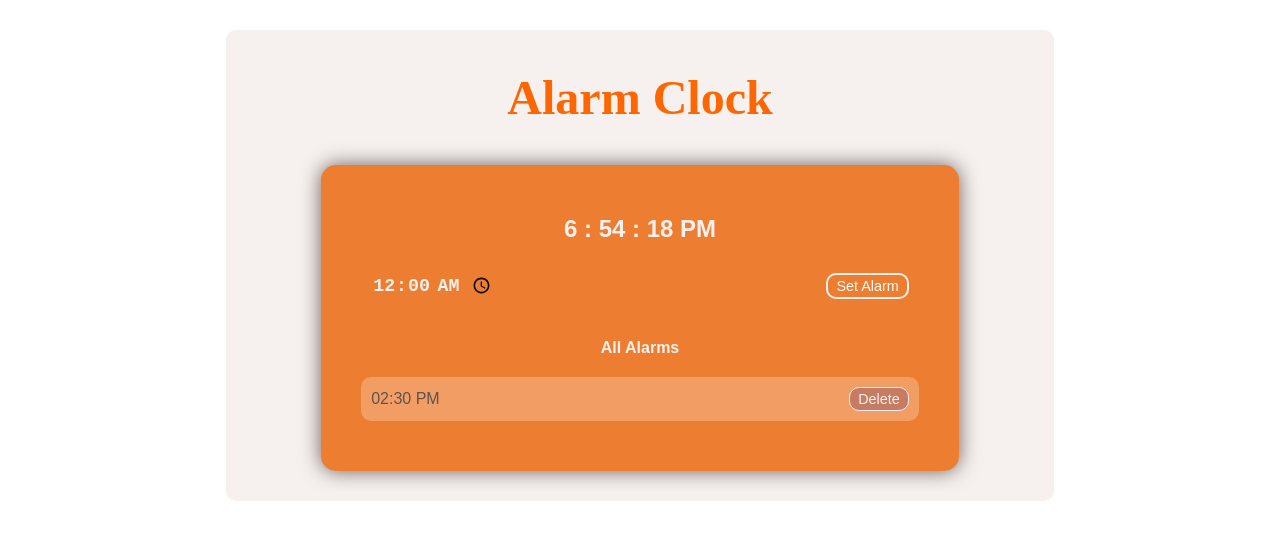
Repository: Pragya016/Alarm-Clock
Page: Index.html
The author's editor kept a copy of each file at every save. The page is drawn from the files as they stood at one save, then again after a run of saves.
The browser window is 1280 px wide. The pictures show the whole page.

Above is the page before, as saved 2024-01-19 19:22:36.

### Index.html
<!DOCTYPE html>
<html lang="en">

<head>
    <meta charset="UTF-8">
    <meta name="viewport" content="width=device-width, initial-scale=1.0">
    <!-- css stylesheet -->
    <link rel="stylesheet" href="styles.css">

    <title>Alarm Clock</title>
</head>

<body>
    <div id="box">
        <h1>Alarm Clock</h1>
        <div class="container">

            <!-- showing the current time -->
            <div id="current-time">
                <h2 class="cur-time"></h2>
            </div>

            <!-- to set the alarm -->
            <div id="set-alarm">
                <h3>
                    <input type="time" class="set-time" value="00:00">
                </h3>
                <button type="button" id="set-alarm-btn">
                    Set Alarm
                </button>
            </div>

            <!-- list of alarms that are already been set -->
            <div id="all-alarms">
                <p class="heading"><b>All Alarms</b>
                </p>
                <li class="alarm">
                    <p class="preSetAlarmTime">
                        02:30 PM
                    </p>
                    <button type="button" class="dlt-alarm-btn">
                        Delete
                    </button>
                </li>
            </div>
        </div>
    </div>
    <!-- script -->
    <script src="clock.js"></script>
</body>

</html>

### styles.css
/* default css styles */
:root {
    --creamColor : #F6F1EE;
    --orangeShadeDark : #ff6600;
    --OrangeColor : #ED7D31;
    --brownColor : #6C5F5B;
    --brownShadeDarker : #5f534f;
    --orangeShadeDarker : #ba4c28;
}

body, html{
    margin: 0;
    padding: 0;
}

*{
    /* box-sizing: border-box; */
    margin: 0;
}

/* main container */
#box{
    height: auto;
    padding: 30px;
    width: 60%;
    margin: 30px auto;
    border-radius: 10px;
    background-color: var(--creamColor);
}

#box h1{
    color: var(--orangeShadeDark);
    text-align: center;
    margin-top: 10px;
    font-size: 3rem;
    overflow: hidden;
}

/* ----------------------------- */

.container {
    color: var(--creamColor);
    height: auto;
    width: 70%;
    overflow: scroll;
    margin: 40px auto 0;
    padding: 50px;
    font-family: Arial, Helvetica, sans-serif;
    display: flex;
    flex-direction: column;
    /* letter-spacing: 3px; */
    align-items: center;
    border-radius: 15px;
    background-color: var(--OrangeColor);
    box-shadow: 0px 0px 20px var(--brownColor);
}

/* ----------------------------- */
/* set alarm container */

#set-alarm {
    display: flex;
    justify-content: space-between;
    width: 100%;
    margin: 30px auto 20px auto;
}

.set-time {
    border: none;
    background-color: #00000000;
    color: var(--creamColor);
}

.set-time{
    border: none;
    font-size: larger;
    font-weight: 600;
}

/* ----------------------------- */
/* all alarms container */

#all-alarms {
    margin-top: 20px;
    display: flex;
    justify-content: space-between;
    width: 100%;
    height: auto;
    flex-direction: column;
    align-items: center;
}

#all-alarms .heading {
    color: var(--creamColor);
}

.alarm{
    display: flex;
    justify-content: space-between;
    width: 100%;
    padding: 10px;
    background-color: rgba(255, 255, 255, 0.247);
    margin-top: 20px;align-items: center;
    border-radius: 10px;
}

.alarm .preSetAlarmTime {
    font-size: 1rem;
    color: var(--brownShadeDarker);
}

.dlt-alarm-btn{
    border: 1px solid var(--creamColor);;
    background-color: hsl(15, 47%, 58%);
    color: var(--creamColor);
}

.dlt-alarm-btn:hover {
    border-color:var(--orangeShadeDarker);
    background-color: #F6F1EE;
    color: var(--orangeShadeDarker);
}

/* ----------------------------- */

button {
    width: auto;
    margin: auto 0;
    border-radius: 10px;
    font: 600;
    font-size: 0.9rem;
    border: none;
     padding: 3px 8px;
    border: 2px solid #F6F1EE;;
    background-color: #ED7D31;
    cursor: pointer;
    color: white;
}

button:hover{
   color: #ce5300;
    background-color: var(--creamColor);
}

### clock.js

// selecting all the elements of html
const currentTime = document.querySelector('.cur-time');
const setNewAlarm = document.querySelector('.set-time');
const setNewAlarmBtn = document.querySelector('#set-alarm-btn');
const preSetAlarmTime = document.querySelector('.preSetAlarmTime');
const deleteBtn = document.querySelector('.dlt-alarm-btn');
const allAlarmsContainer = document.querySelector('#all-alarms');

// --------------------------------------------
// display the current time
function updateTime() {
    let currentDate = new Date();
    let hours = currentDate.getHours();
    let minutes = currentDate.getMinutes();
    let seconds = currentDate.getSeconds();

    // selecting am or pm
    var ampm = (hours >= 12) ? "PM" : "AM";

    // getting hours minutes and seconds
    hours = (hours < 10) ? "0" + hours : hours - 12;
    minutes = (minutes < 10) ? "0" + minutes : minutes;
    seconds = (seconds < 10) ? "0" + seconds : seconds;

    // setting the tet content to current time
    let currentTimeString = `${hours} : ${minutes} : ${seconds} ${ampm}`;
    currentTime.textContent = currentTimeString;
}

setInterval(updateTime, 1000);
updateTime();


// --------------------------------------------
// setting new alarm

setNewAlarmBtn.addEventListener('click', () => {
    // getting the input value
    const timeInput = setNewAlarm.value;
    let [hourVal, minVal] = timeInput.split(':');

        // console.log(minVal, hourVal)
        if (hourVal === '00') {
            hourVal = 12;
        }

        // html for newly created alarm
        const newAlarm = `
            <div class="alarm">
                <p class="preSetAlarmTime">
                    ${hourVal}:${minVal} ${hourVal >= 12 ? 'PM' : 'AM'}
                </p>
                <button type="button" class="dlt-alarm-btn">
                    Delete
                </button>
            </div>
        `;

        // inserting the html to the container
        setTimeout(() => {
            allAlarmsContainer.insertAdjacentHTML('beforeend', newAlarm);
            setNewAlarm.value = '00:00';
            startCountDown(hourVal, minVal);
        }, 300);

});

// --------------------------------------------
function startCountDown(hours, minutes) {
    // calculating seconds
    const totalMin = (hours * 60) + minutes;
    let totalSeconds = totalMin * 60;

    setTimeout(() => {
        alert('alarm ended!!')
    }, totalSeconds)
}


// --------------------------------------------
// deleting the alarm
allAlarmsContainer.addEventListener('click', (e) => {
    // checking if delete alarm btn is present or not
    if (e.target.classList.contains('dlt-alarm-btn')) {

        // finding the closest element
        const alarmElement = e.target.closest('.alarm');

        // deleting the alarm
        if (alarmElement) {
            setTimeout(() => {
                alarmElement.remove();
                // console.log('deleted!');
            }, 300);
        }
    }
});

After the next 4 saves:
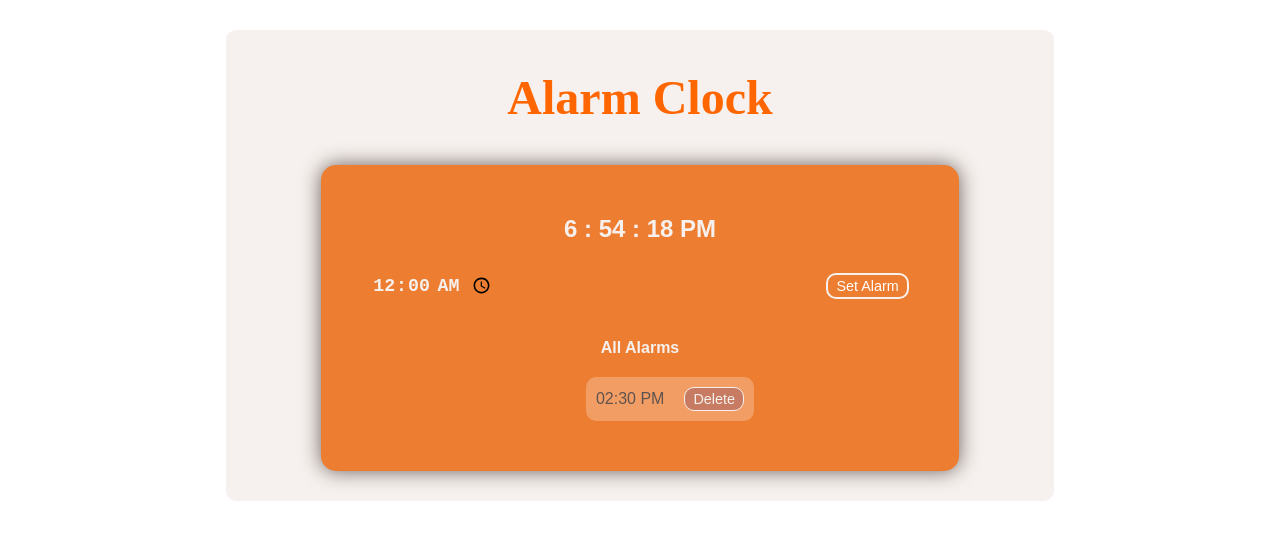
The 4 saves are shown as one change because they came seconds apart.
The last was saved 11 s later.
--- a/Index.html
+++ b/Index.html
@@ -34,6 +34,7 @@
             <div id="all-alarms">
                 <p class="heading"><b>All Alarms</b>
                 </p>
+                <ul>
                 <li class="alarm">
                     <p class="preSetAlarmTime">
                         02:30 PM
@@ -42,6 +43,7 @@
                         Delete
                     </button>
                 </li>
+                </ul>
             </div>
         </div>
     </div>
